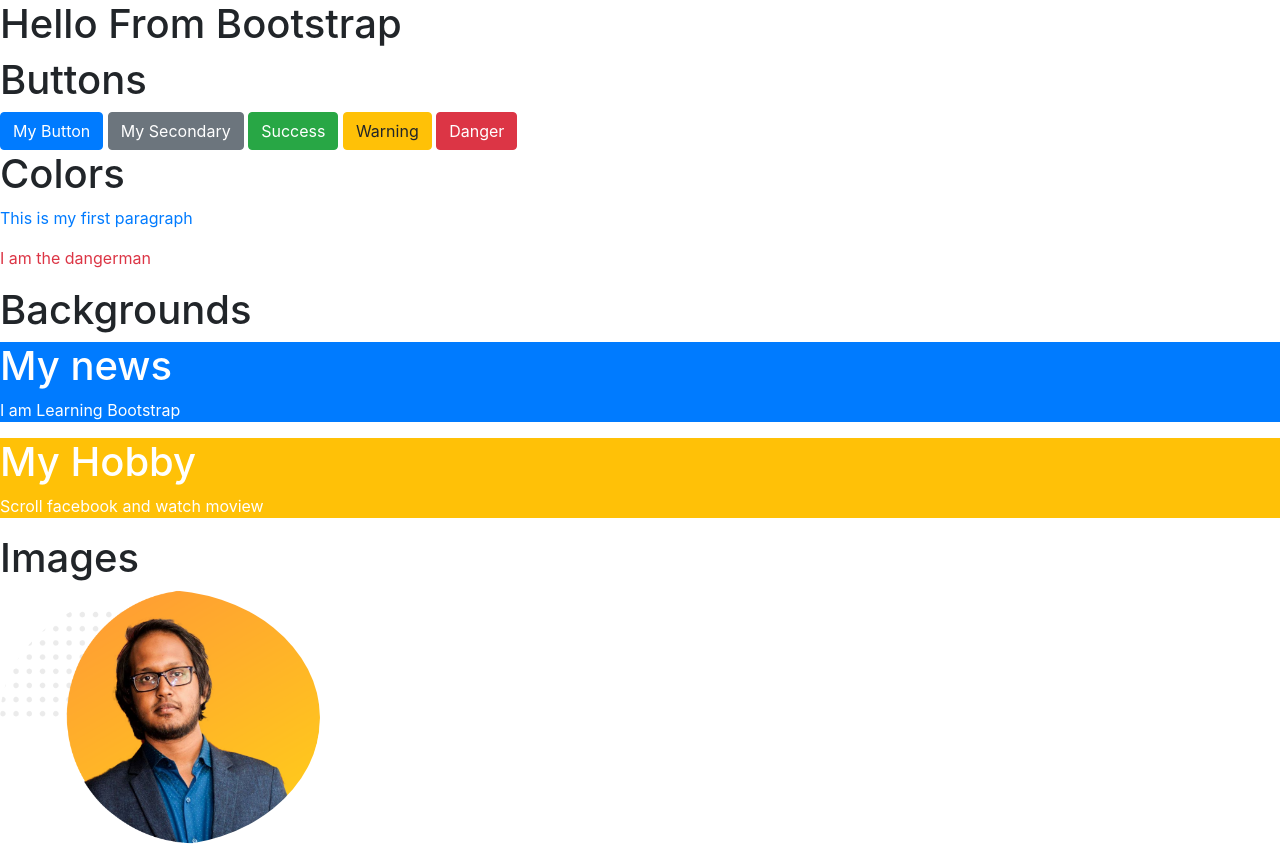
Repository: mohsinfarabi/bootstrap-practice
Page: index.html
An editor plug-in stored every save of this project. The page is shown before and after the next save, followed by the edit.
The browser window is 1280 px wide. The pictures show the whole page.

Above is the page before, as saved 2020-07-06 03:00:22.

### index.html
<!DOCTYPE html>
<html lang="en">

<head>
    <meta charset="UTF-8">
    <meta name="viewport" content="width=device-width, initial-scale=1.0">
    <title>Document</title>
    <link rel="stylesheet" href="css\bootstrap\css\bootstrap.min.css">
</head>

<body>
    <h1>Hello From Bootstrap</h1>
    <h1>Buttons</h1>
    <button class="btn btn-primary">My Button</button>
    <button class="btn btn-secondary">My Secondary</button>
    <button class="btn btn-success">Success</button>
    <button class="btn btn-warning">Warning</button>
    <button class="btn btn-danger">Danger</button>

    <h1>Colors</h1>
    <p class="text-primary">This is my first paragraph</p>
    <p class="text-danger">I am the dangerman</p>

    <h1>Backgrounds</h1>
    <div class="bg-primary text-white">
        <h1>My news</h1>
        <p>I am Learning Bootstrap</p>
    </div>
    <div class="bg-warning text-white">
        <h1>My Hobby</h1>
        <p>Scroll facebook and watch moview</p>
    </div>

    <h1>Images</h1>
    <img src="images/profile1.png" class="img-fluid w-25 rounded-circle" alt="">
</body>

</html>

Loaded but not shown: css/bootstrap/css/bootstrap.min.css (library)

After the next save:
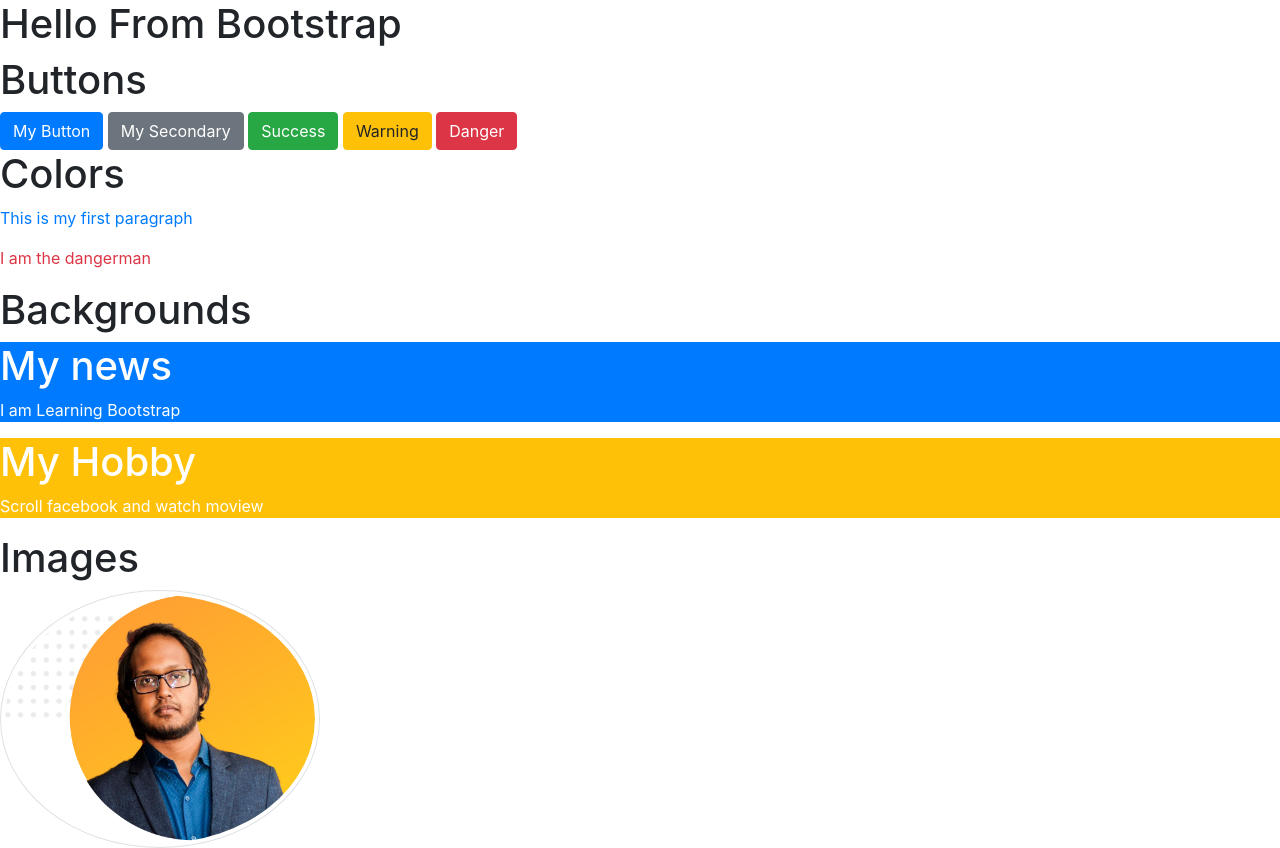
Saved 52 s later.
--- a/index.html
+++ b/index.html
@@ -32,7 +32,7 @@
     </div>
 
     <h1>Images</h1>
-    <img src="images/profile1.png" class="img-fluid w-25 rounded-circle" alt="">
+    <img src="images/profile1.png" class="img-fluid w-25 rounded-circle img-thumbnail" alt="">
 </body>
 
 </html>
